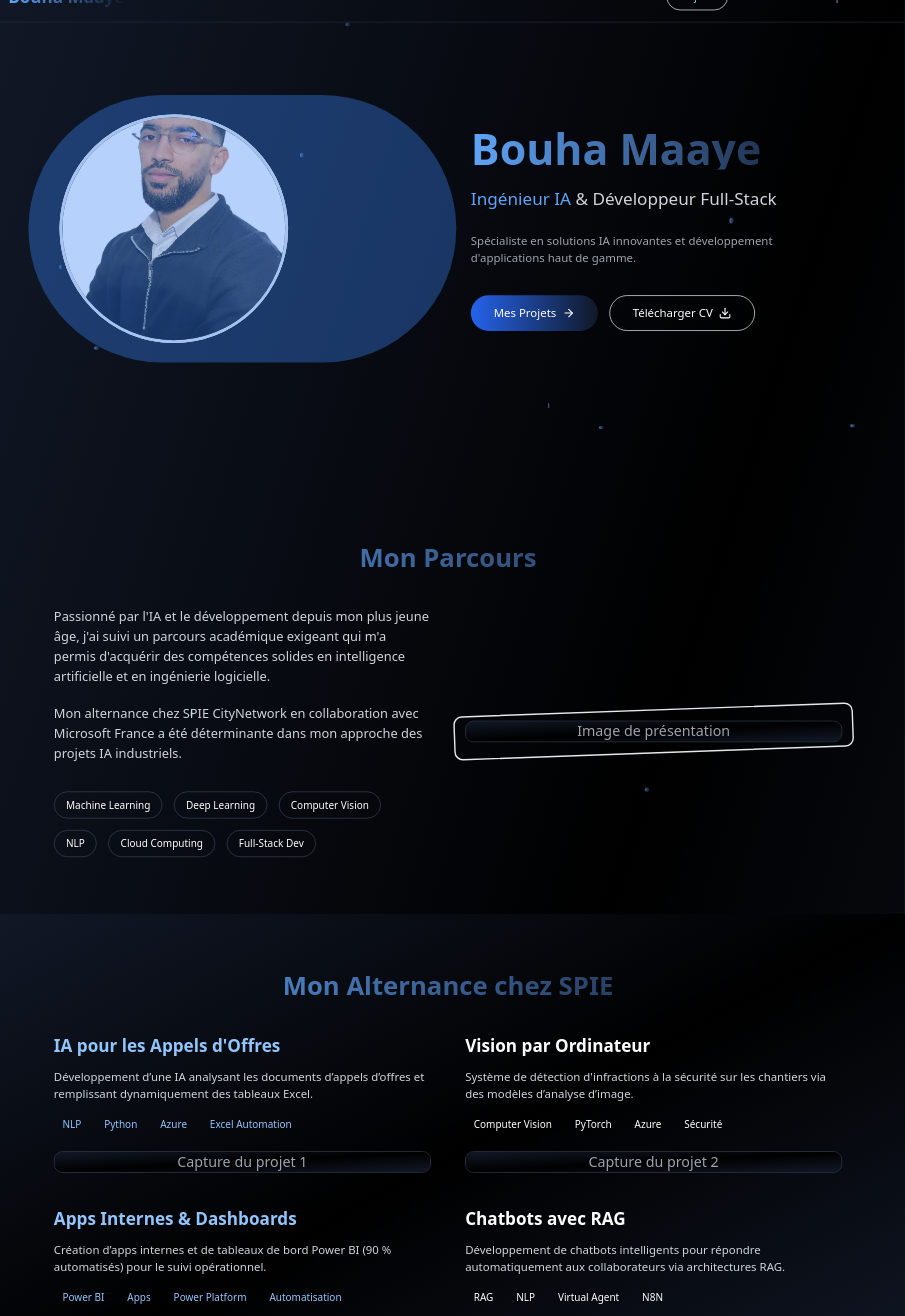
Repository: BouhaMaaye/portfolio
Page: /
These files come from the project's save history. The page is drawn as it stood at one moment and after the next save; the edit follows.
The browser window is 1280 px wide. The page is 1293 px wide, so the pictures cover 1293 px, including what lies to the right of the window. The pictures show the part of the page from y = 0 to 1880 px (the page is 4075 px tall before and 4802 px after), at 70% of full size.
The project was rebuilt for these pictures with package versions that can differ from the ones it lists, and the page was loaded fresh each time.

Above is the page before, as saved 2025-05-05 12:12:22.

After the next save:
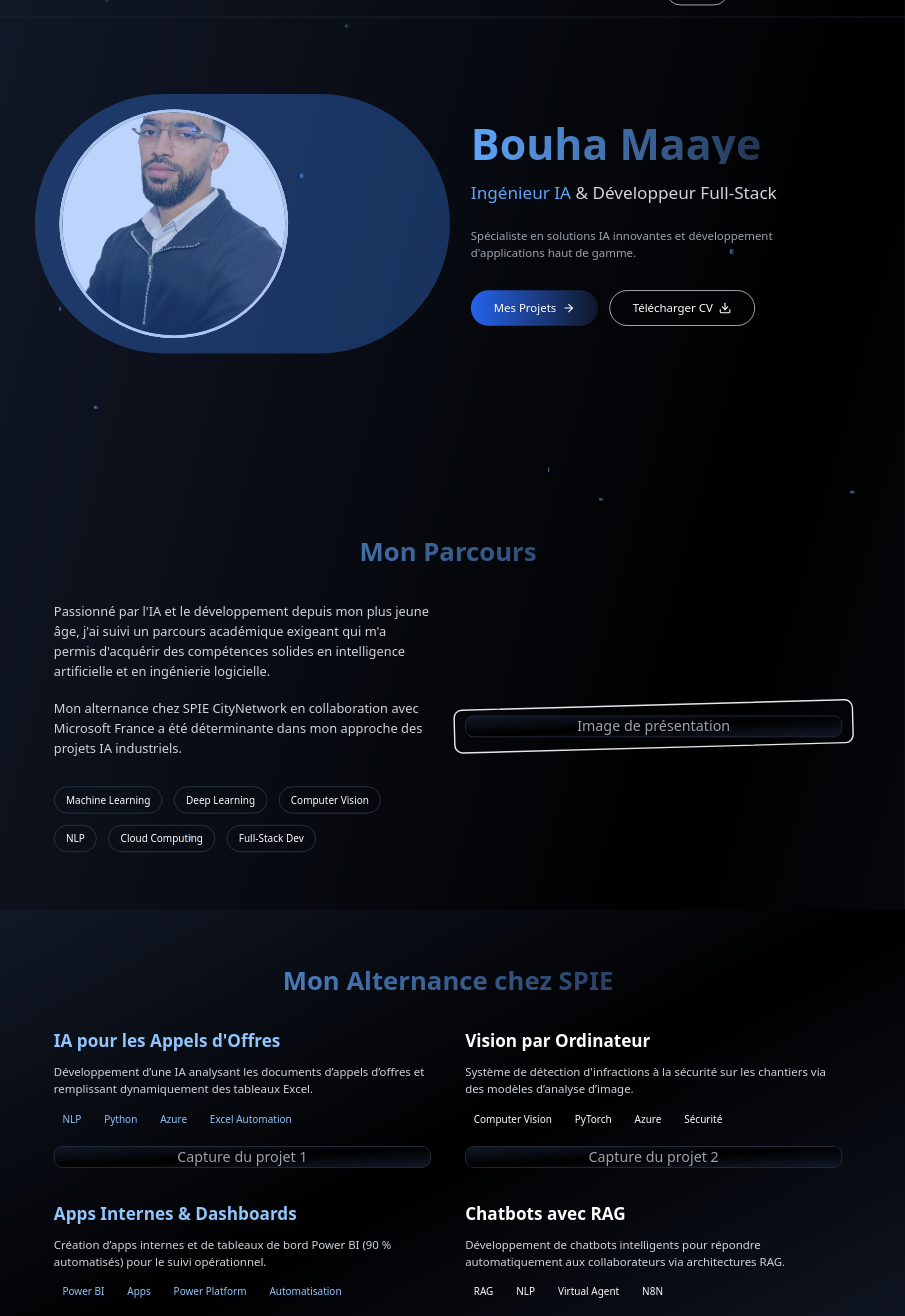
Saved 2 min 11 s later.
--- a/src/App.js
+++ b/src/App.js
@@ -408,12 +408,19 @@ function App() {
               >
                 <div className="absolute -inset-1 bg-gradient-to-r from-blue-600 to-cyan-500 rounded-xl blur opacity-0 group-hover:opacity-30 transition duration-500"></div>
                 <div className="relative h-full bg-gray-900/70 backdrop-blur-sm border border-gray-800 rounded-xl overflow-hidden hover:border-blue-400/30 transition-all duration-300 flex flex-col">
-                  <div className="relative aspect-video overflow-hidden">
-                    {/* Remplacez par l'image de votre projet */}
-                    <div className="w-full h-full flex items-center justify-center bg-gradient-to-br from-blue-900/30 to-black">
-                      <span className="text-xl text-gray-400">Image du projet</span>
-                    </div>
-                  </div>
+                <div className="relative aspect-video overflow-hidden">
+  {project.image ? (
+    <img
+      src={project.image}
+      alt={project.title}
+      className="w-full h-full object-cover"
+    />
+  ) : (
+    <div className="w-full h-full flex items-center justify-center bg-gradient-to-br from-blue-900/30 to-black">
+      <span className="text-xl text-gray-400">Image du projet</span>
+    </div>
+  )}
+</div>
 
                   <div className="p-6 flex-1 flex flex-col">
                     <h3 className="text-xl font-semibold mb-3 text-blue-300">{project.title}</h3>
